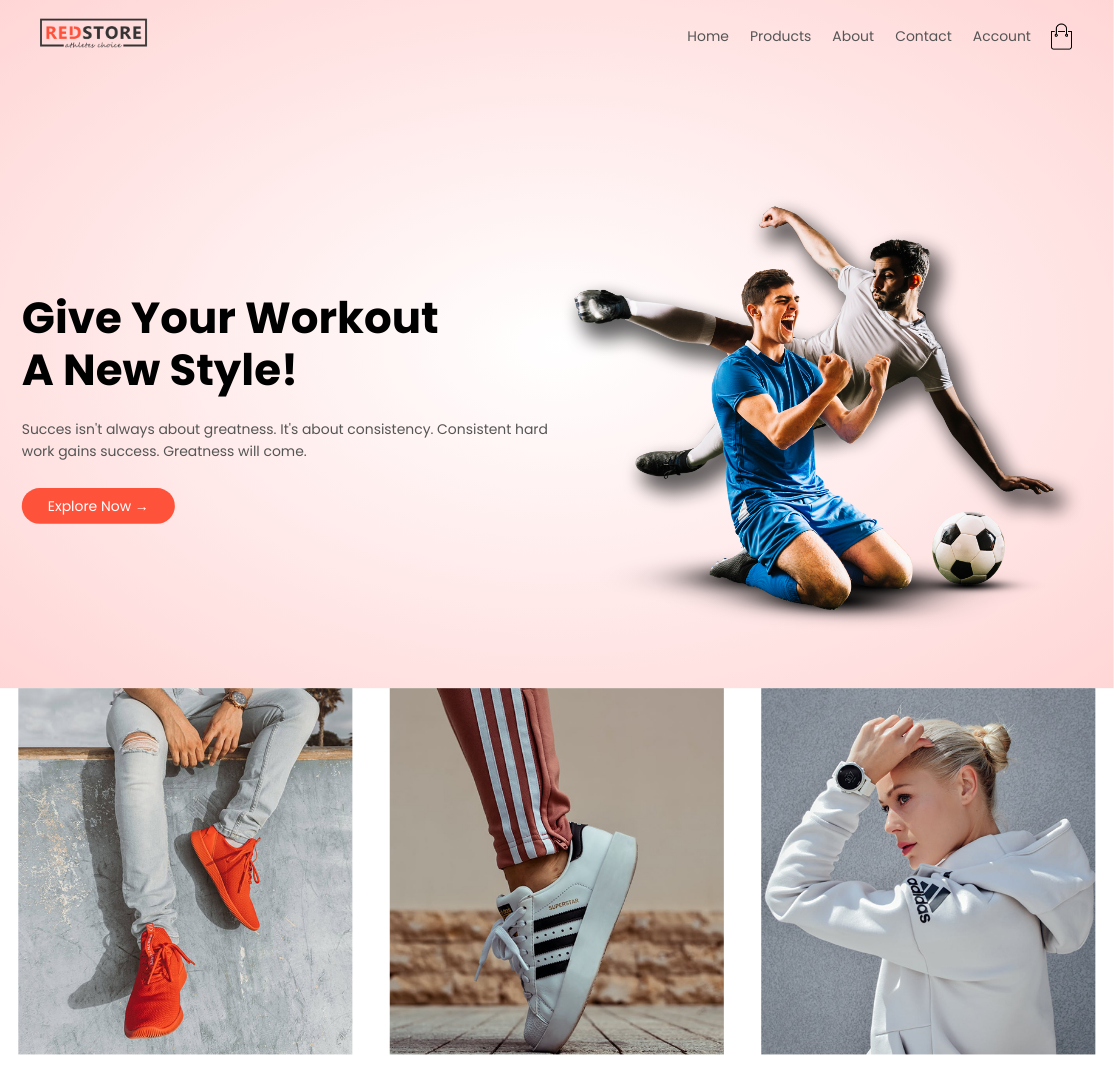
Repository: datvu1608/redsportstore
Page: index.html
An editor plug-in stored every save of this project. The page is shown before and after the next save, followed by the edit.
The browser window is 1280 px wide. The pictures show the whole page, at 87% of full size.

Above is the page before, as saved 2023-11-22 23:21:16.

After the next save:
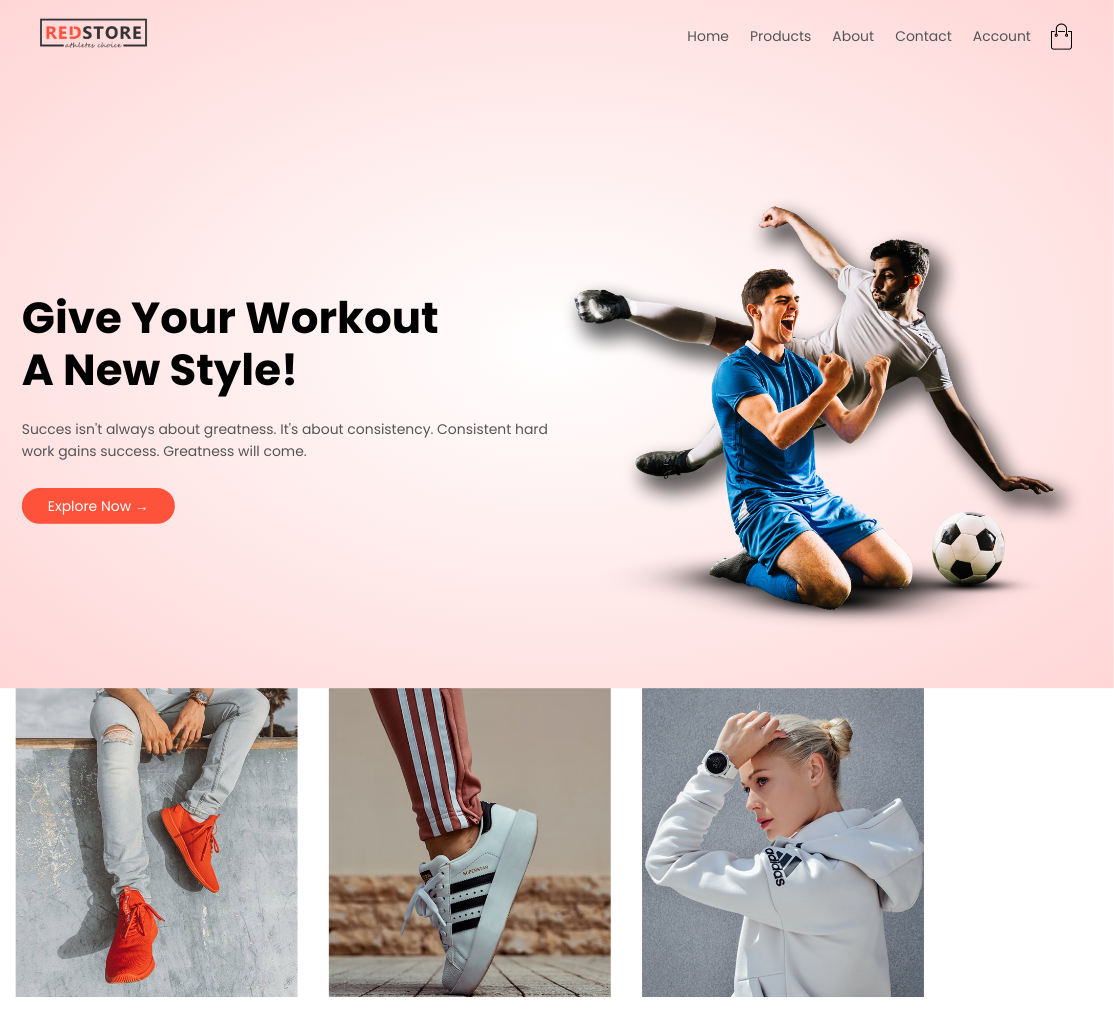
Saved 4 s later.
--- a/styles.css
+++ b/styles.css
@@ -90,5 +90,5 @@
   width: 100%;
 }
 .small-container {
-  max-width: 100%;
+  max-width: 1080px;
 }
